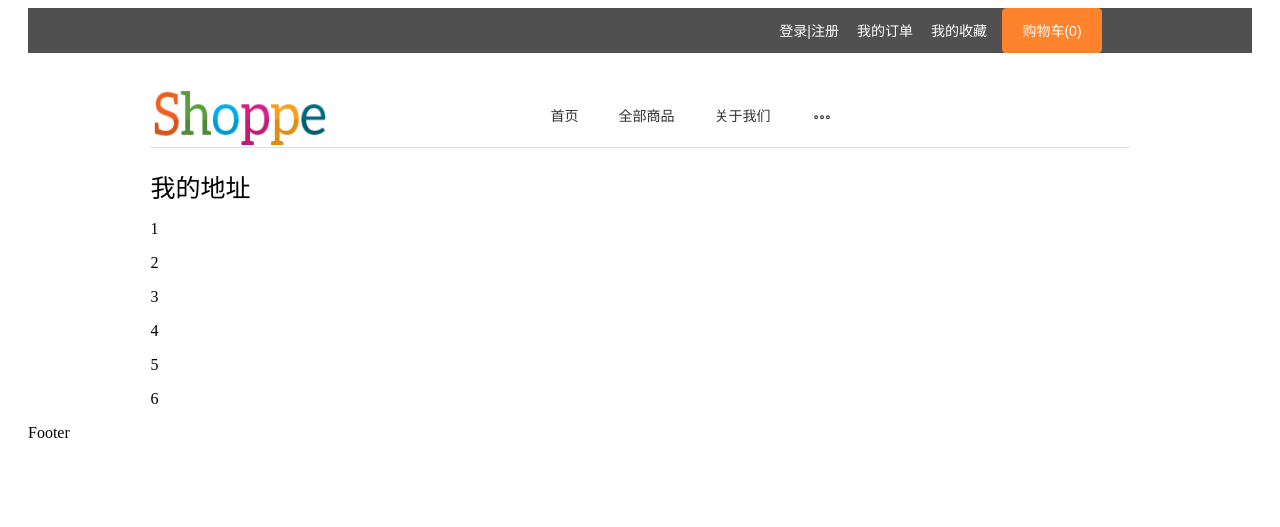
Repository: zhenghaochang/---
Page: /#/confirmOrder (app in xiaomi/)
These files come from the project's save history. The page is drawn as it stood at one moment and after the next save; the edit follows.
The browser window is 1280 px wide. The pictures show the whole page.
The project was rebuilt for these pictures with package versions that can differ from the ones it lists, and the page was loaded fresh each time. Also part of the build but not shown: xiaomi/vite.config.js.

Above is the page before, as saved 2025-08-03 15:44:06.

After the next save:
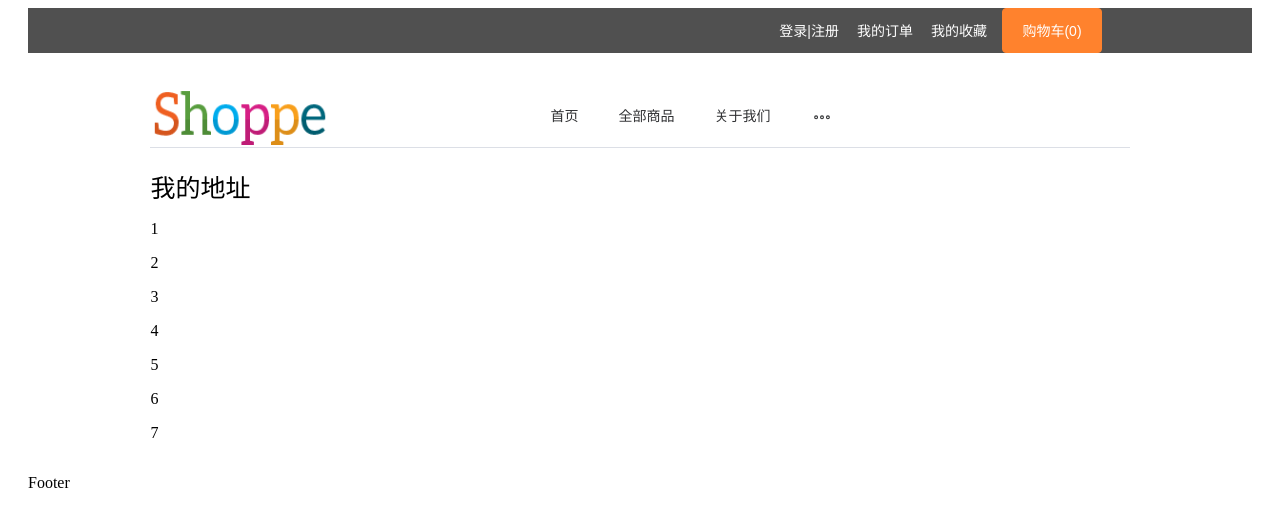
Saved 15 s later.
--- a/xiaomi/src/view/confirmOrder.vue
+++ b/xiaomi/src/view/confirmOrder.vue
@@ -6,7 +6,7 @@
     <div class="base_div">
         <div style="width:80%;display:flex;flex-direction:column">
             <span style="font-size:25px">我的地址</span>
-            <el-scrollbar height="200px">
+            <el-scrollbar height="250px">
                 <p v-for="item in 20" :key="item" class="scrollbar-demo-item">{{ item }}</p>
             </el-scrollbar>
         </div>
